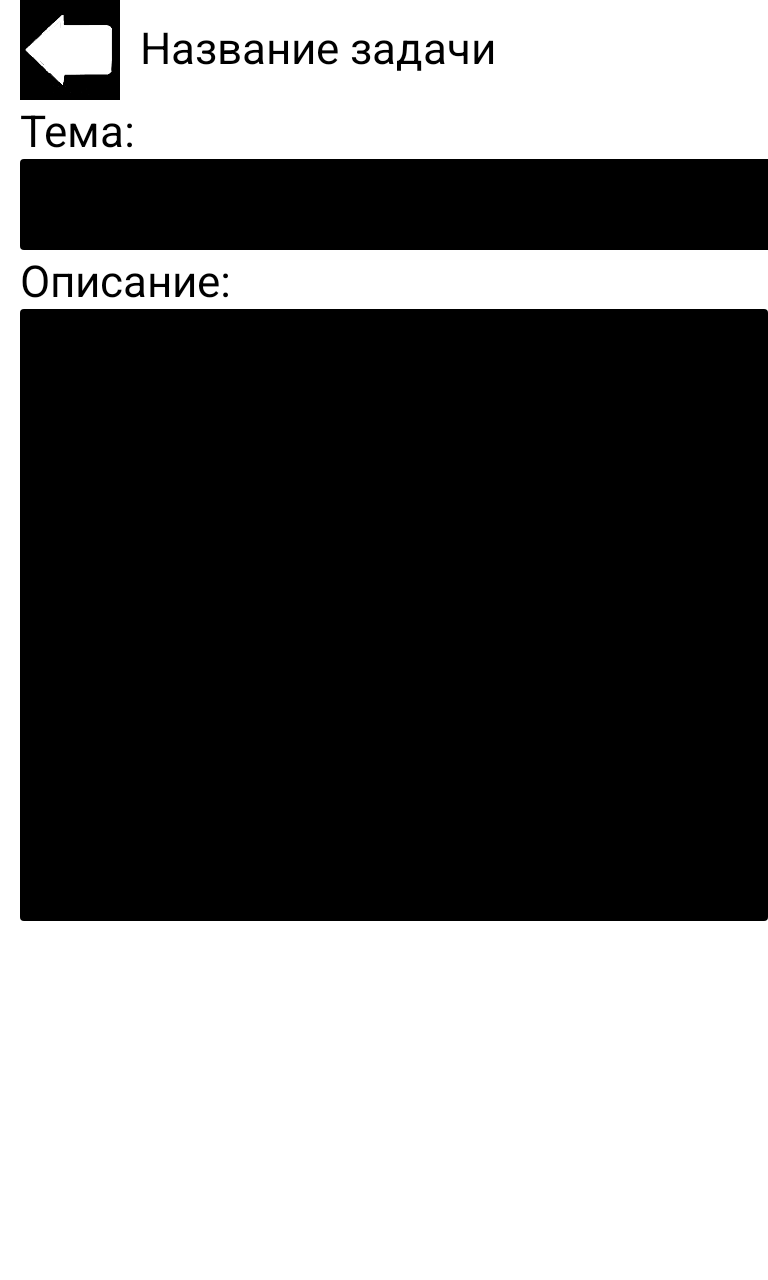
Repository: webguild/RedmineMobile
Layout: Android/RedmineAndroid/res/layout/project_add_task.xml
The author's editor kept a copy of each file at every save. The layout is drawn from the files as they stood at one save, then again after the next save.
It is drawn on a 768 x 1280 px phone screen (xhdpi) without system bars, with theme AppTheme; the app's code is not run. Lists and similar views that code fills are empty.

Above is the layout before, as saved 2013-01-18 10:13:00.

### Android/RedmineAndroid/res/layout/project_add_task.xml
<?xml version="1.0" encoding="utf-8"?>
<LinearLayout xmlns:android="http://schemas.android.com/apk/res/android"
    android:layout_width="match_parent"
    android:layout_height="match_parent"
    android:orientation="vertical"
    android:paddingLeft="10dp" >

    <LinearLayout
        android:layout_width="match_parent"
        android:layout_height="wrap_content" >

        <Button
            android:id="@+id/button1"
            android:layout_width="50dp"
            android:layout_height="50dp"
            android:background="@drawable/backbutton" />

        <TextView
            android:id="@+id/textView1"
            android:layout_width="wrap_content"
            android:layout_height="wrap_content"
            android:layout_marginLeft="10dp"
            android:text="Название задачи"
            android:textAppearance="?android:attr/textAppearanceLarge" />

    </LinearLayout>

    <TextView
        android:id="@+id/textView2"
        android:layout_width="wrap_content"
        android:layout_height="wrap_content"
        android:text="Тема:"
        android:textAppearance="?android:attr/textAppearanceLarge" />

    <LinearLayout
        android:layout_width="410dp"
        android:layout_height="wrap_content" >

        <LinearLayout
            android:layout_width="wrap_content"
            android:layout_height="match_parent"
            android:layout_weight="0.24"
            android:background="@drawable/customborder" >

            <EditText
                android:id="@+id/editText2"
                android:layout_width="197dp"
                android:layout_height="wrap_content"
                android:layout_weight="0.03" />

        </LinearLayout>

    </LinearLayout>

    <TextView
        android:id="@+id/textView3"
        android:layout_width="wrap_content"
        android:layout_height="wrap_content"
        android:text="Описание:"
        android:textAppearance="?android:attr/textAppearanceLarge" />

    <FrameLayout
        android:layout_width="match_parent"
        android:layout_height="wrap_content"
        android:background="@drawable/customborder" >

        <EditText
            android:id="@+id/editText3"
            android:layout_width="400dp"
            android:layout_height="300dp"
            android:ems="10"
            android:gravity="top|left"
            android:inputType="textMultiLine" />

    </FrameLayout>

    <LinearLayout
        android:layout_width="400dp"
        android:layout_height="500dp" >

        <ListView
            android:id="@+id/listView1"
            android:layout_width="match_parent"
            android:layout_height="500dp" >

        </ListView>

    </LinearLayout>

    <Button
        android:id="@+id/button2"
        android:layout_width="105dp"
        android:layout_height="50dp"
        android:layout_marginLeft="100dp"
        android:background="@drawable/darkgreybutton"
        android:text="Сохранить"
        android:textColor="#fff" />

</LinearLayout>

### Android/RedmineAndroid/res/drawable/customborder.xml
<?xml version="1.0" encoding="utf-8"?>
<shape xmlns:android="http://schemas.android.com/apk/res/android"
    android:shape="rectangle" >
   <corners android:radius="2dp"/>
   <padding android:left="3dp" android:right="3dp" android:top="3dp" android:bottom="3dp"/>
   <solid android:color="#000000"/>


</shape>

Loaded but not shown: Android/RedmineAndroid/res/values/styles.xml (common file); Android/RedmineAndroid/res/values-v11/styles.xml (common file)

After the next save:
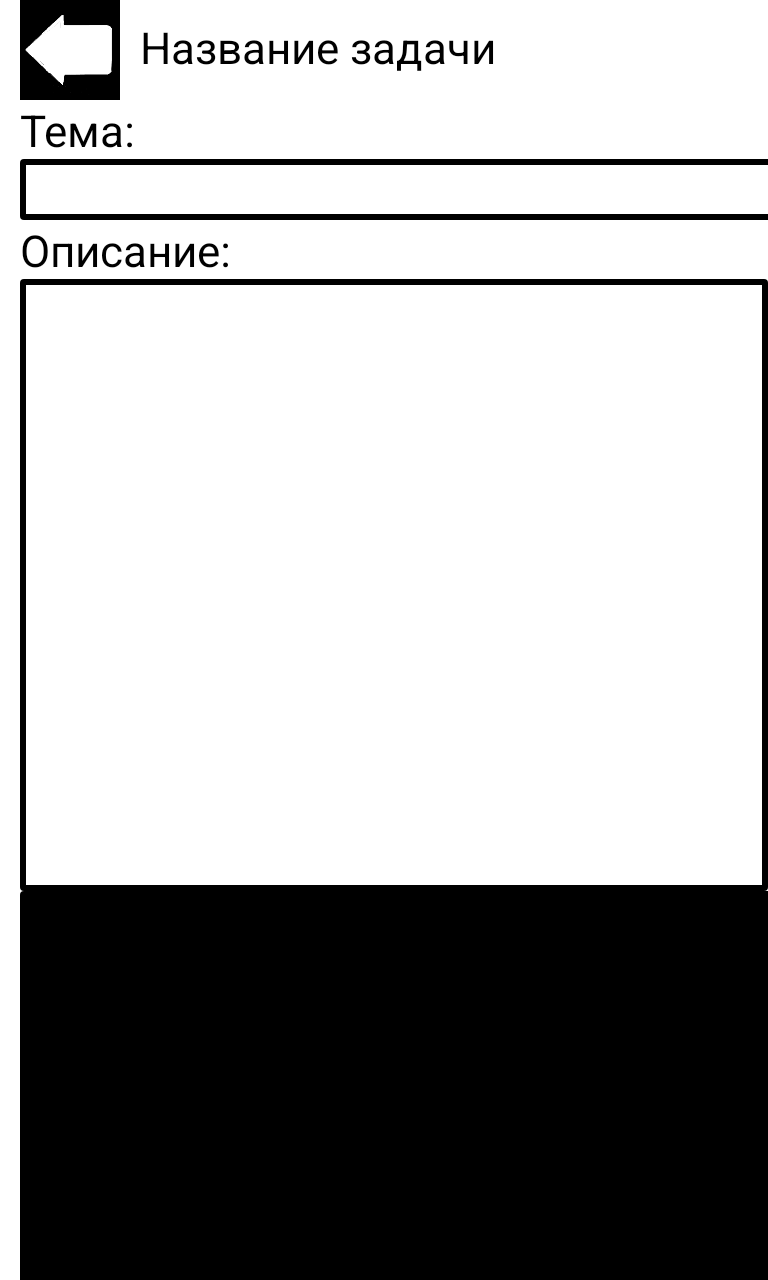
Saved 99 s later.
--- a/Android/RedmineAndroid/res/layout/project_add_task.xml
+++ b/Android/RedmineAndroid/res/layout/project_add_task.xml
@@ -46,7 +46,8 @@
                 android:id="@+id/editText2"
                 android:layout_width="197dp"
                 android:layout_height="wrap_content"
-                android:layout_weight="0.03" />
+                android:layout_weight="0.03"
+                android:background="#fff" />
 
         </LinearLayout>
 
@@ -60,7 +61,7 @@
         android:textAppearance="?android:attr/textAppearanceLarge" />
 
     <FrameLayout
-        android:layout_width="match_parent"
+        android:layout_width="wrap_content"
         android:layout_height="wrap_content"
         android:background="@drawable/customborder" >
 
@@ -68,6 +69,7 @@
             android:id="@+id/editText3"
             android:layout_width="400dp"
             android:layout_height="300dp"
+            android:background="#fff"
             android:ems="10"
             android:gravity="top|left"
             android:inputType="textMultiLine" />
@@ -76,7 +78,8 @@
 
     <LinearLayout
         android:layout_width="400dp"
-        android:layout_height="500dp" >
+        android:layout_height="500dp"
+        android:background="@drawable/customborder" >
 
         <ListView
             android:id="@+id/listView1"
